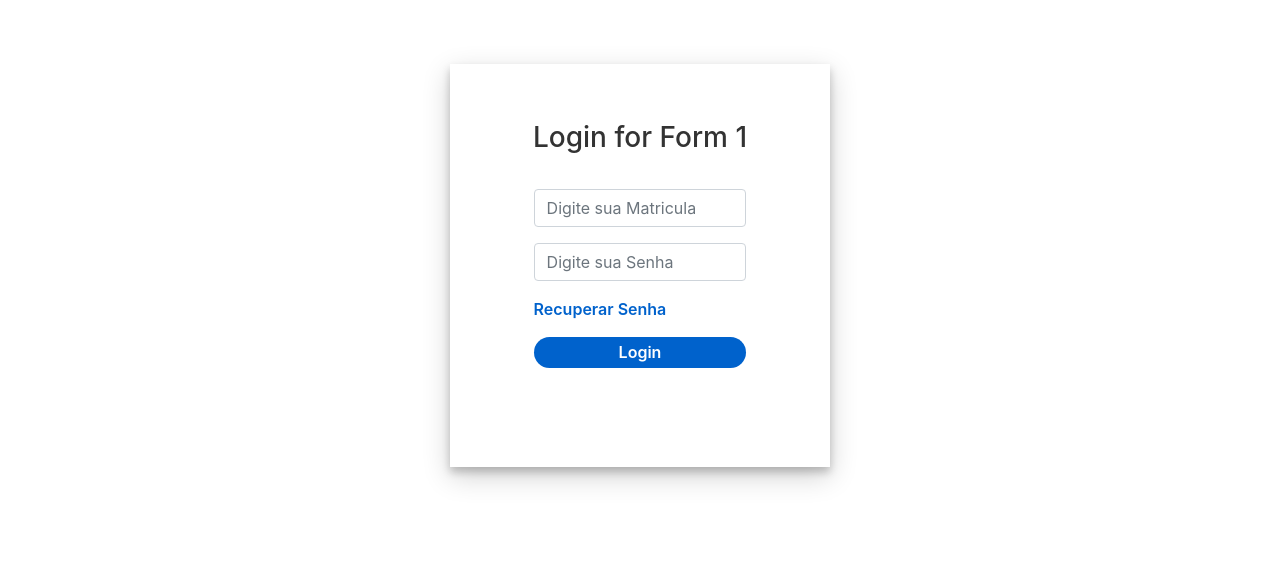
Repository: gabrielfeliphe/AssistenciaTecnica
Page: PI-AssistenciaTecnica/WebContent/index.html
The author's editor kept a copy of each file at every save. The page is drawn from the files as they stood at one save, then again after a run of saves.
The browser window is 1280 px wide. The pictures show the whole page.

Above is the page before, as saved 2021-10-03 00:44:51.
Console error: TypeError: Cannot read properties of undefined (reading 'fn')

After the next 2 saves:
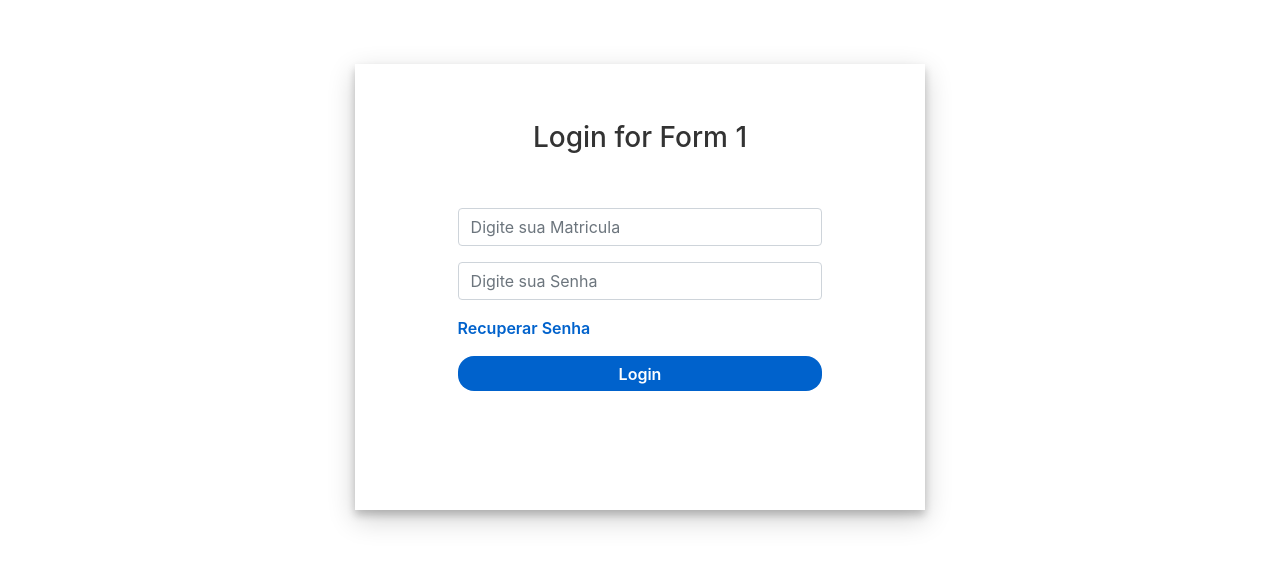
The 2 saves are shown as one change because they came seconds apart.
The last was saved 7 s later.
--- a/PI-AssistenciaTecnica/WebContent/index.html
+++ b/PI-AssistenciaTecnica/WebContent/index.html
@@ -20,7 +20,7 @@
 
 	<div class="container login-container">
             <div class="row">
-                <div class="col-md-4 col-md-offset-6 login-form-1">
+                <div class="col-md-6 col-md-offset-4 login-form-1">
                     <h3>Login for Form 1</h3>
                     <form>
                         <div class="form-group">

After the save that followed:
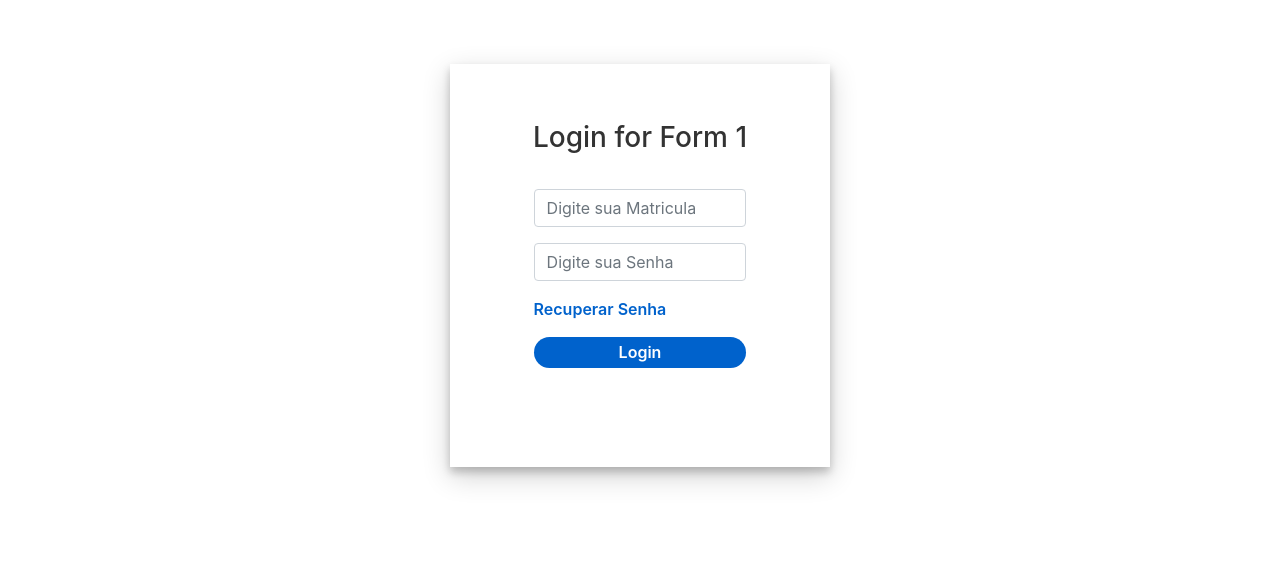
Saved 14 s later.
--- a/PI-AssistenciaTecnica/WebContent/index.html
+++ b/PI-AssistenciaTecnica/WebContent/index.html
@@ -20,7 +20,7 @@
 
 	<div class="container login-container">
             <div class="row">
-                <div class="col-md-6 col-md-offset-4 login-form-1">
+                <div class="col-md-4 col-md-offset-4 login-form-1">
                     <h3>Login for Form 1</h3>
                     <form>
                         <div class="form-group">
